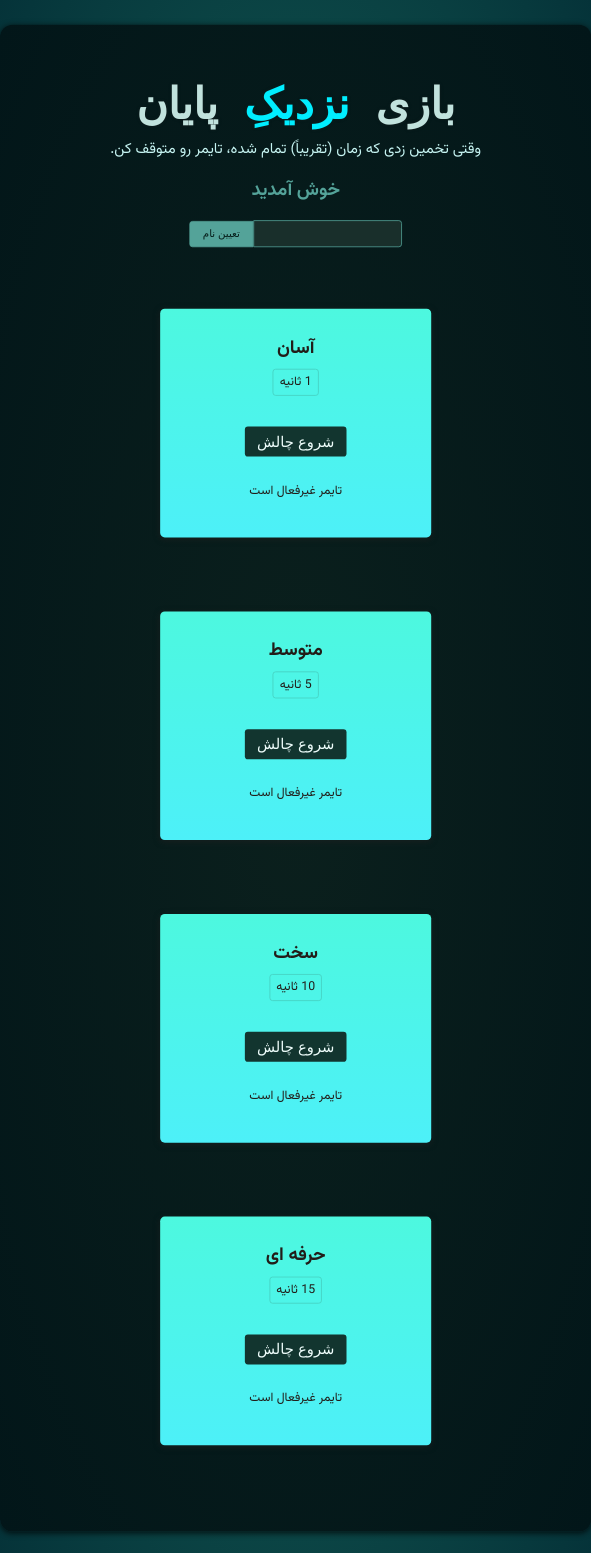
Repository: H-ala/react-near-end
Page: /
An editor plug-in stored every save of this project. The page is shown before and after the next save, followed by the edit.
The browser window is 768 px wide. The pictures show the whole page, at 77% of full size.
The project was rebuilt for these pictures with package versions that can differ from the ones it lists, and the page was loaded fresh each time. Also part of the build but not shown: vite.config.js.

Above is the page before, as saved 2025-10-21 19:45:45.

### index.html
<!DOCTYPE html>
<html lang="en">

<head>
  <meta charset="UTF-8" />
  <link rel="icon" type="image/svg+xml" href="/vite.svg" />
  <meta name="viewport" content="width=device-width, initial-scale=1.0" />
  <title>Refs & Portals</title>
</head>

<body>
  <div id="modal"></div>
  <div id="content">
    <header>
      <h1>بازی <em>نزدیکِ</em> پایان</h1>
      <p>وقتی تخمین زدی که زمان (تقریباً) تمام شده، تایمر رو متوقف کن.</p>
    </header>
    <div id="root"></div>
  </div>
  <script type="module" src="/src/main.jsx"></script>
</body>

</html>

### src/App.jsx
import Player from "./components/Player.jsx";
import TimerChallenge from "./components/TimerChallenge.jsx";

function App() {
  return (
    <>
      <Player />
      <div id="challenges">
        <TimerChallenge title="آسان" targetTime={1} />
        <TimerChallenge title="متوسط" targetTime={5} />
        <TimerChallenge title="سخت" targetTime={10} />
        <TimerChallenge title="حرفه ای" targetTime={15} />
      </div>
    </>
  );
}

export default App;

### src/index.css
@import url("https://fonts.googleapis.com/css2?family=Vazirmatn:wght@400;700&display=swap");

* {
  box-sizing: border-box;
}

body {
  margin: 0;
  font-family: "Vazirmatn", sans-serif;
  -webkit-font-smoothing: antialiased;
  -moz-osx-font-smoothing: grayscale;
  background: radial-gradient(#186a5e, #053339);
  color: #e1eeeb;
  direction: rtl;
  min-height: 100vh;
}

#content {
  max-width: 60rem;
  margin: 2rem auto;
  padding: 2rem;
  background: radial-gradient(#0b201d, #021619);
  border-radius: 16px;
  box-shadow: 0 2px 8px rgba(0, 0, 0, 0.8);
}

h1 {
  font-family: "Handjet", monospace;
  text-align: center;
  text-transform: uppercase;
  color: #c1e2dd;
  text-shadow: 0 0 4px rgba(35, 34, 34, 0.4);
  font-size: 3.5rem;
  margin-bottom: 0.5rem;
}

h1 em {
  font-style: normal;
  color: #00eeff;
}

header p {
  font-size: 1.2rem;
  margin: 0;
  text-align: center;
  color: #c6f4f2;
}

#player {
  text-align: center;
}

#player h2 {
  color: #54a399;
}

#player p {
  display: flex;
  justify-content: center;
  align-items: center;
}

#player input {
  font: inherit;
  border: 1px solid #54a399;
  background-color: #192f2b;
  border-radius: 4px;
  border-top-left-radius: 0;
  border-bottom-left-radius: 0;
  padding: 0.25rem;
  color: #d1f0ec;
}

#player button {
  cursor: pointer;
  background-color: #54a399;
  border: 1px solid #54a399;
  padding: 0.55rem 1rem;
  color: #061e1a;
  border-top-left-radius: 4px;
  border-bottom-left-radius: 4px;
}

#player button:hover {
  background-color: #3c8379;
  border-color: #3c8379;
}

#challenges {
  max-width: 50rem;
  margin: 3rem auto;
  display: flex;
  flex-wrap: wrap;
  gap: 2rem;
}

.challenge {
  width: 22rem;
  display: flex;
  flex-direction: column;
  align-items: center;
  justify-content: center;
  padding: 2rem;
  margin: 2rem auto;
  background: linear-gradient(#4df8df, #4df0f8);
  color: #221c18;
  box-shadow: 0 2px 8px rgba(35, 34, 34, 0.6);
  border-radius: 6px;
}

.challenge button {
  margin-top: 1rem;
  padding: 0.5rem 1rem;
  border: none;
  border-radius: 4px;
  background: #12352f;
  color: #edfcfa;
  font-size: 1.2rem;
  cursor: pointer;
}

.challenge button:hover {
  background: #051715;
}

.challenge h2 {
  font-size: 1.5rem;
  margin: 0;
  text-align: center;
  color: #221c18;
}

.challenge-time {
  border: 1px solid #46cebe;
  border-radius: 4px;
  padding: 0.25rem 0.5rem;
  margin: 0.5rem;
}

.challenge .active {
  animation: flash 1s infinite;
}

.result-modal {
  border: none;
  border-radius: 8px;
  padding: 2rem;
  background-color: #d7fcf8;
}

.result-modal[open] {
  animation: slide-in-from-top 0.35s ease-out;
}

.result-modal::backdrop {
  background: rgba(0, 0, 0, 0.9);
}

.result-modal h2 {
  font-family: "Handjet", monospace;
  margin: 0 0 0.25rem 0;
  font-size: 3rem;
  text-transform: uppercase;
}

.result-modal progress {
  width: 100%;
  height: 1.5rem;
  margin: 0;
  accent-color: #46cebe;
}

.result-modal p {
  margin: 0.5rem 0;
  font-size: 1.2rem;
}

.result-modal p strong {
  color: #10655b;
}

.result-modal form {
  text-align: right;
}

.result-modal button {
  margin-top: 1rem;
  padding: 0.5rem 1rem;
  border: none;
  border-radius: 4px;
  background: #12352f;
  color: #edfcfa;
  font-size: 1.2rem;
  cursor: pointer;
}

.result-modal button:hover {
  background: #051715;
}

@keyframes slide-in-from-top {
  0% {
    transform: translateY(-15%);
    opacity: 0;
  }
  100% {
    transform: translateY(0);
    opacity: 1;
  }
}

@keyframes flash {
  0% {
    opacity: 0.5;
  }
  50% {
    opacity: 1;
  }
  100% {
    opacity: 0.5;
  }
}

/* @media (max-width: 768px) {
  h1 {
    font-size: 2.5rem;
  }

  header p {
    font-size: 1rem;
  }

  #player input {
    width: 100%;
    margin-bottom: 0.5rem;
  }

  #player button {
    width: 100%;
    border-radius: 4px;
    border-top-left-radius: 4px;
    border-bottom-left-radius: 4px;
  }

  #challenges {
    gap: 1rem;
  }

  .challenge {
    padding: 1.5rem;
    flex: 1 1 100%;
  }

  .challenge h2 {
    font-size: 1.3rem;
  }

  .challenge button {
    font-size: 1rem;
  }

  .result-modal h2 {
    font-size: 2rem;
  }

  .result-modal p {
    font-size: 1rem;
  }
}

@media (max-width: 480px) {
  h1 {
    font-size: 2rem;
  }

  #content {
    padding: 1rem;
  }

  .challenge {
    padding: 1rem;
  }

  .challenge h2 {
    font-size: 1.1rem;
  }

  .challenge button {
    font-size: 0.9rem;
    padding: 0.4rem 0.8rem;
  }

  #player h2 {
    font-size: 1.2rem;
  }
} */

### src/components/Player.jsx
import { useState, useRef } from "react";

export default function Player() {
  const playerName = useRef();
  const [enteredPlayerName, setEnteredPlayerName] = useState("");

  function handleClick() {
    setEnteredPlayerName(playerName.current.value);
    playerName.current.value = "";
  }

  return (
    <section id="player">
      <h2>خوش آمدید {enteredPlayerName ?? "unknown entity"}</h2>
      <p>
        <input
          ref={playerName}
          type="text"
        />
        <button onClick={handleClick}>تعیین نام</button>
      </p>
    </section>
  );
}

### src/components/TimerChallenge.jsx
import { useState, useRef } from "react";
import ResultModal from "./ResultModal";

export default function TimerChallenge({ title, targetTime }) {
  const timer = useRef();
  const dialog = useRef();

  const [timeRemaining, setTimeRemaining] = useState(targetTime * 1000);
  const timerIsActive = timeRemaining > 0 && timeRemaining < targetTime * 1000;

  if (timeRemaining <= 0) {
    clearInterval(timer.current);
    dialog.current.open();
  }

  function handleStart() {
    timer.current = setInterval(() => {
      setTimeRemaining((prevTimeRemaining) => prevTimeRemaining - 10);
    }, 10);
  }

  function handleReset() {
    setTimeRemaining(targetTime * 1000);
  }

  function handleStop() {
    clearInterval(timer.current);
    dialog.current.open();
  }

  return (
    <>
      <ResultModal
        ref={dialog}
        targetTime={targetTime}
        remainingTime={timeRemaining}
        onReset={handleReset}
      />
      <section className="challenge">
        <h2>{title}</h2>
        <p className="challenge-time">
          {targetTime} ثانیه
        </p>
        <p>
          <button onClick={timerIsActive ? handleStop : handleStart}>
            {timerIsActive ? "توقف" : "شروع"} چالش
          </button>
        </p>
        <p className={timerIsActive ? "active" : undefined}>
          {timerIsActive ? "زمان داره میگذره..." : "تایمر غیرفعال است"}
        </p>
      </section>
    </>
  );
}

### src/components/ResultModal.jsx
import { useImperativeHandle, useRef } from "react";
import { createPortal } from "react-dom";

export default function ResultModal({ ref, targetTime, remainingTime, onReset }) {
  const dialog = useRef();

  const userLost = remainingTime <= 0;
  const formattedRemainingTime = (remainingTime / 1000).toFixed(2);
  const score = Math.round((1 - (remainingTime / (targetTime * 1000))) * 100);

  useImperativeHandle(ref, () => {
    return {
      open() {
        dialog.current.showModal();
      },
    };
  });

  return createPortal(
    <dialog ref={dialog} className="result-modal" onClose={onReset}>
      {userLost && <h2>تو باختی!</h2>}
      {!userLost && <h2>امتیاز : {score}</h2>}
      <p>
        زمان تارگت <strong>{targetTime} ثانیه بود. </strong>
      </p>
      <p>
        زمان رو وقتی
        <strong> {formattedRemainingTime} ثانیه مونده بود متوقف کردی. </strong>
      </p>
      <form action="dialog" onSubmit={onReset}>
        <button>بستن</button>
      </form>
    </dialog>,
    document.getElementById("modal")
  );
}

Loaded but not shown: src/main.jsx (common file)

After the next save:
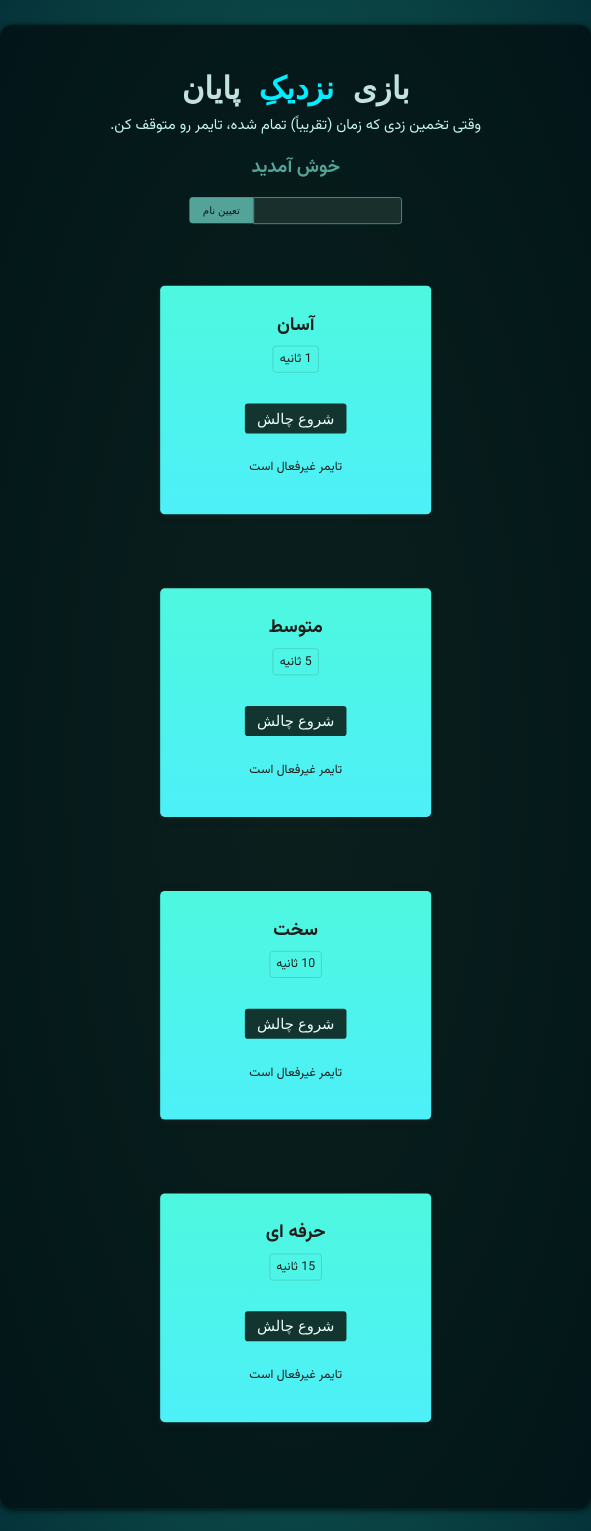
Saved 32 s later.
--- a/src/index.css
+++ b/src/index.css
@@ -221,11 +221,11 @@ header p {
   }
 }
 
-/* @media (max-width: 768px) {
+@media (max-width: 768px) {
   h1 {
     font-size: 2.5rem;
-  }
-
+  }}
+/*
   header p {
     font-size: 1rem;
   }
@@ -266,7 +266,7 @@ header p {
   .result-modal p {
     font-size: 1rem;
   }
-}
+} */
 
 @media (max-width: 480px) {
   h1 {
